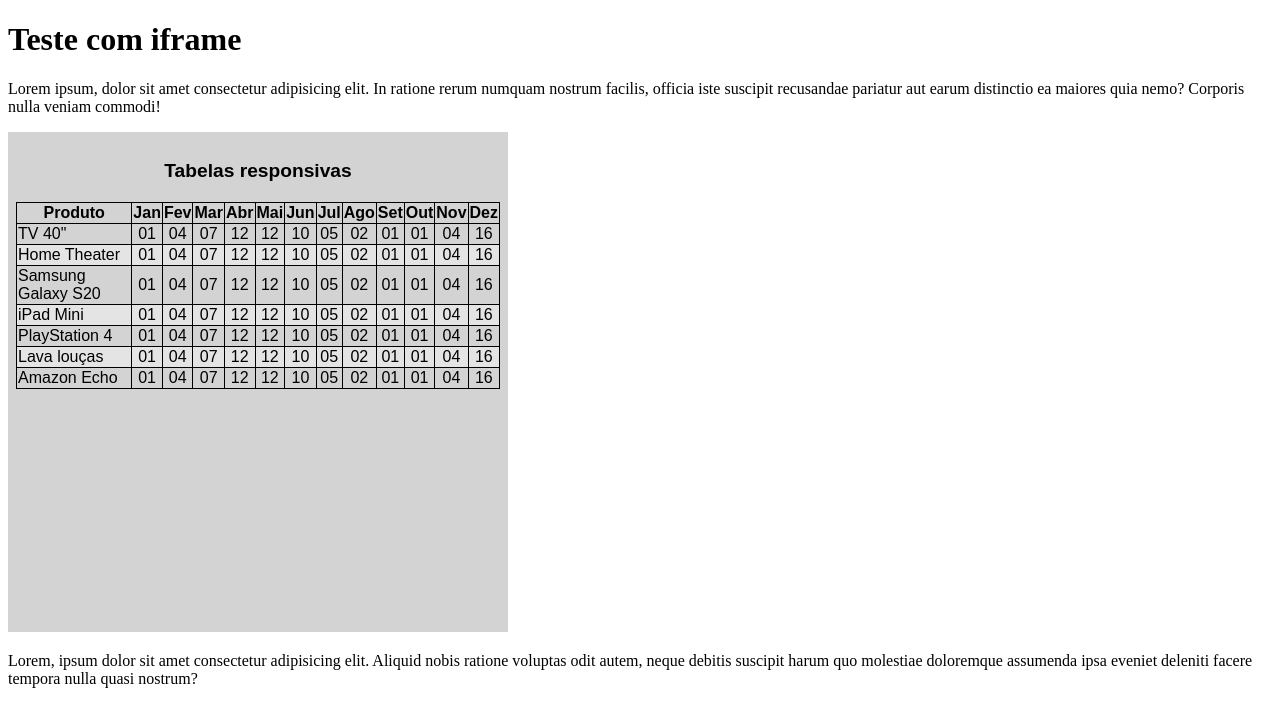
Repository: railsondev/html-css
Page: Módulo4/Exercício/iframe002.html
These files come from the project's save history. The page is drawn as it stood at one moment and after a run of saves; the edit follows.
The browser window is 1280 px wide. The pictures show the whole page.

Above is the page before, as saved 2024-10-22 22:29:16.

### Módulo4/Exercício/iframe002.html
<!DOCTYPE html>
<html lang="pt-br">
<head>
  <meta charset="UTF-8">
  <meta name="viewport" content="width=device-width, initial-scale=1.0">
  <title>iframe</title>
  <style>
    body {
      font-fami
    }
  </style>
</head>
<body>
  <h1>Teste com iframe</h1>
  <p>Lorem ipsum, dolor sit amet consectetur adipisicing elit. In ratione rerum numquam nostrum facilis, officia iste suscipit recusandae pariatur aut earum distinctio ea maiores quia nemo? Corporis nulla veniam commodi!</p>
  <iframe src="pag01.html" frameborder="0" height="500px" width="500px"></iframe>
  <p>Lorem, ipsum dolor sit amet consectetur adipisicing elit. Aliquid nobis ratione voluptas odit autem, neque debitis suscipit harum quo molestiae doloremque assumenda ipsa eveniet deleniti facere tempora nulla quasi nostrum?</p>
</body>
</html>

### Módulo4/Exercício/pag01.html
<!DOCTYPE html>
<html lang="pt-br">
<head>
  <meta charset="UTF-8">
  <meta name="viewport" content="width=device-width, initial-scale=1.0">
  <title>Site de teste</title>
  <link rel="stylesheet" href="src/css/estilo05.css">
  <style>
    body {
      font-family: Arial, Helvetica, sans-serif;
      background-color: lightgrey;
    }
  </style>
</head>
<body>
  <table>
    <colgroup>
      <col class="produto">
    </colgroup>
    <caption>Tabelas responsivas</caption>
    <thead>
      <tr>
        <th>Produto</th>
        <th>Jan</th>
        <th>Fev</th>
        <th>Mar</th>
        <th>Abr</th>
        <th>Mai</th>
        <th>Jun</th>
        <th>Jul</th>
        <th>Ago</th>
        <th>Set</th>
        <th>Out</th>
        <th>Nov</th>
        <th>Dez</th>
      </tr>
    </thead>
    <tbody>
      <tr>
        <td>TV 40"</td>
        <td class="valor">01</td>
        <td class="valor">04</td>
        <td class="valor">07</td>
        <td class="valor">12</td>
        <td class="valor">12</td>
        <td class="valor">10</td>
        <td class="valor">05</td>
        <td class="valor">02</td>
        <td class="valor">01</td>
        <td class="valor">01</td>
        <td class="valor">04</td>
        <td class="valor">16</td>
      </tr>
      <tr>
        <td>Home Theater</td>
        <td class="valor">01</td>
        <td class="valor">04</td>
        <td class="valor">07</td>
        <td class="valor">12</td>
        <td class="valor">12</td>
        <td class="valor">10</td>
        <td class="valor">05</td>
        <td class="valor">02</td>
        <td class="valor">01</td>
        <td class="valor">01</td>
        <td class="valor">04</td>
        <td class="valor">16</td>
      </tr>
      <tr>
        <td>Samsung Galaxy S20</td>
        <td class="valor">01</td>
        <td class="valor">04</td>
        <td class="valor">07</td>
        <td class="valor">12</td>
        <td class="valor">12</td>
        <td class="valor">10</td>
        <td class="valor">05</td>
        <td class="valor">02</td>
        <td class="valor">01</td>
        <td class="valor">01</td>
        <td class="valor">04</td>
        <td class="valor">16</td>
      </tr>
      <tr>
        <td>iPad Mini</td>
        <td class="valor">01</td>
        <td class="valor">04</td>
        <td class="valor">07</td>
        <td class="valor">12</td>
        <td class="valor">12</td>
        <td class="valor">10</td>
        <td class="valor">05</td>
        <td class="valor">02</td>
        <td class="valor">01</td>
        <td class="valor">01</td>
        <td class="valor">04</td>
        <td class="valor">16</td>
      </tr>
      <tr>
        <td>PlayStation 4</td>
        <td class="valor">01</td>
        <td class="valor">04</td>
        <td class="valor">07</td>
        <td class="valor">12</td>
        <td class="valor">12</td>
        <td class="valor">10</td>
        <td class="valor">05</td>
        <td class="valor">02</td>
        <td class="valor">01</td>
        <td class="valor">01</td>
        <td class="valor">04</td>
        <td class="valor">16</td>
      </tr>
      <tr>
        <td>Lava louças</td>
        <td class="valor">01</td>
        <td class="valor">04</td>
        <td class="valor">07</td>
        <td class="valor">12</td>
        <td class="valor">12</td>
        <td class="valor">10</td>
        <td class="valor">05</td>
        <td class="valor">02</td>
        <td class="valor">01</td>
        <td class="valor">01</td>
        <td class="valor">04</td>
        <td class="valor">16</td>
      </tr>
      <tr>
        <td>Amazon Echo</td>
        <td class="valor">01</td>
        <td class="valor">04</td>
        <td class="valor">07</td>
        <td class="valor">12</td>
        <td class="valor">12</td>
        <td class="valor">10</td>
        <td class="valor">05</td>
        <td class="valor">02</td>
        <td class="valor">01</td>
        <td class="valor">01</td>
        <td class="valor">04</td>
        <td class="valor">16</td>
      </tr>
    </tbody>
  </table>
</body>
</html>

### Módulo4/Exercício/src/css/estilo05.css
@charset 'UTF-8';

body {
  font-family: Arial, Helvetica, sans-serif;
}

table {
  border-collapse: collapse;
}

caption {
  font-size: 1.2em;
  font-weight: bolder;
  padding: 20px;
}

th, td{
  border: 1px solid black;
}

tr:nth-child(even) {
  background-color: rgb(228, 228, 228);
}

.valor {
  text-align: center;
  vertical-align: center;
}

div#container {
  overflow-y: hidden;
}

After the next 2 saves:
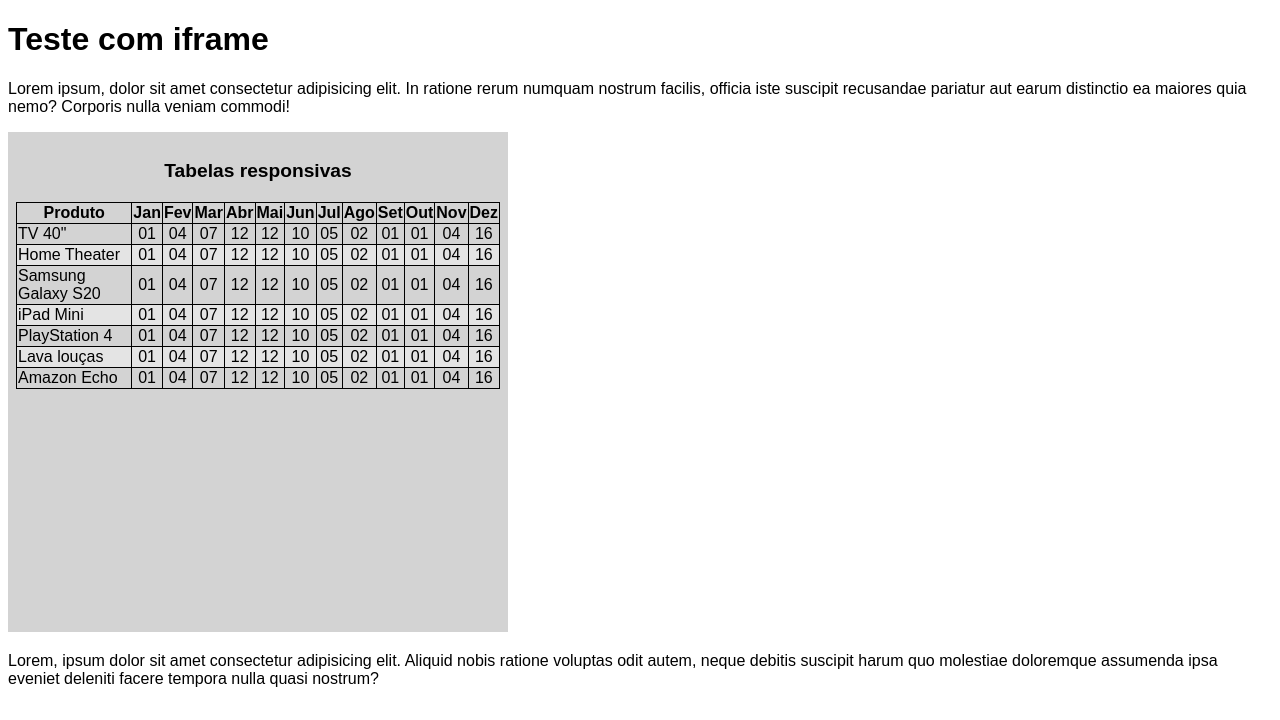
The 2 saves are shown as one change because they came seconds apart.
The last was saved 5 s later.
--- a/Módulo4/Exercício/iframe002.html
+++ b/Módulo4/Exercício/iframe002.html
@@ -6,8 +6,9 @@
   <title>iframe</title>
   <style>
     body {
-      font-fami
+      font-family: Arial, Helvetica, sans-serif;
     }
+
   </style>
 </head>
 <body>
